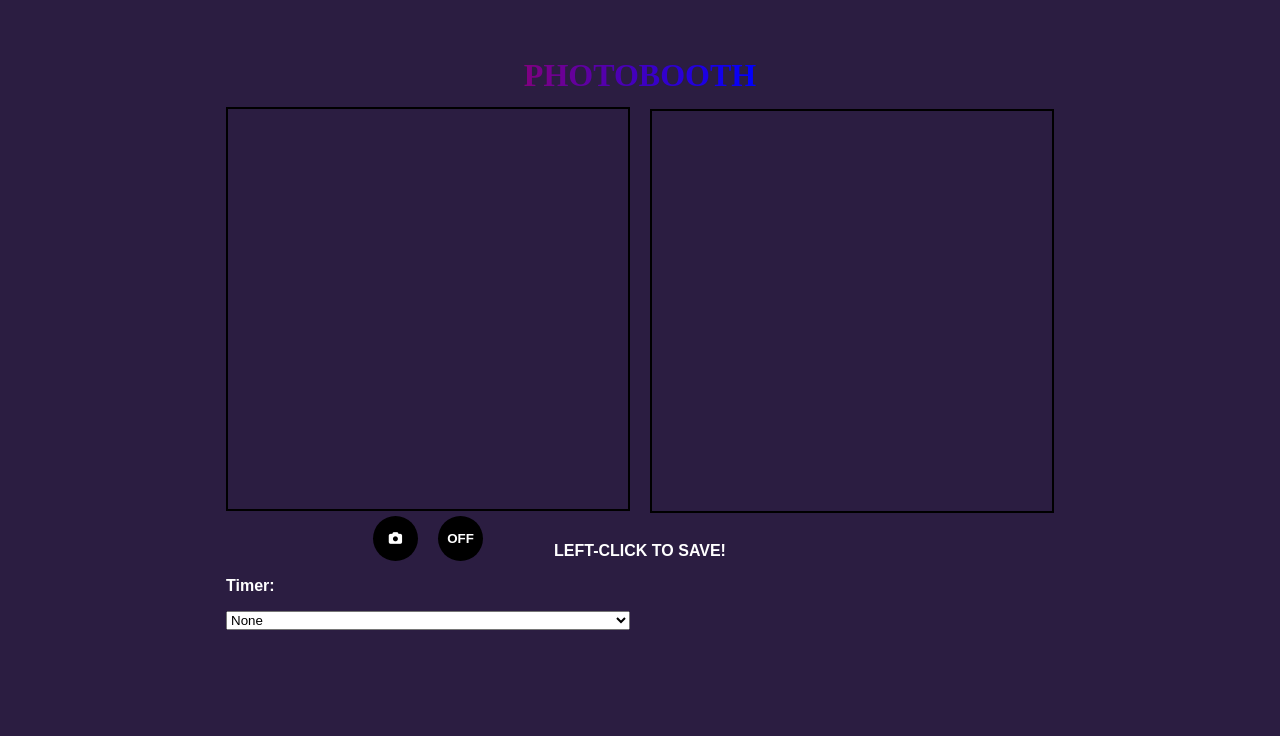
Repository: dmpelaez/photoBoothy
Page: Photobooth.html
These files come from the project's save history. The page is drawn as it stood at one moment and after the next save; the edit follows.
The browser window is 1280 px wide. The pictures show the whole page.
Some web libraries are served in a nearby version.

Above is the page before, as saved 2025-12-16 23:37:47.

After the next save:
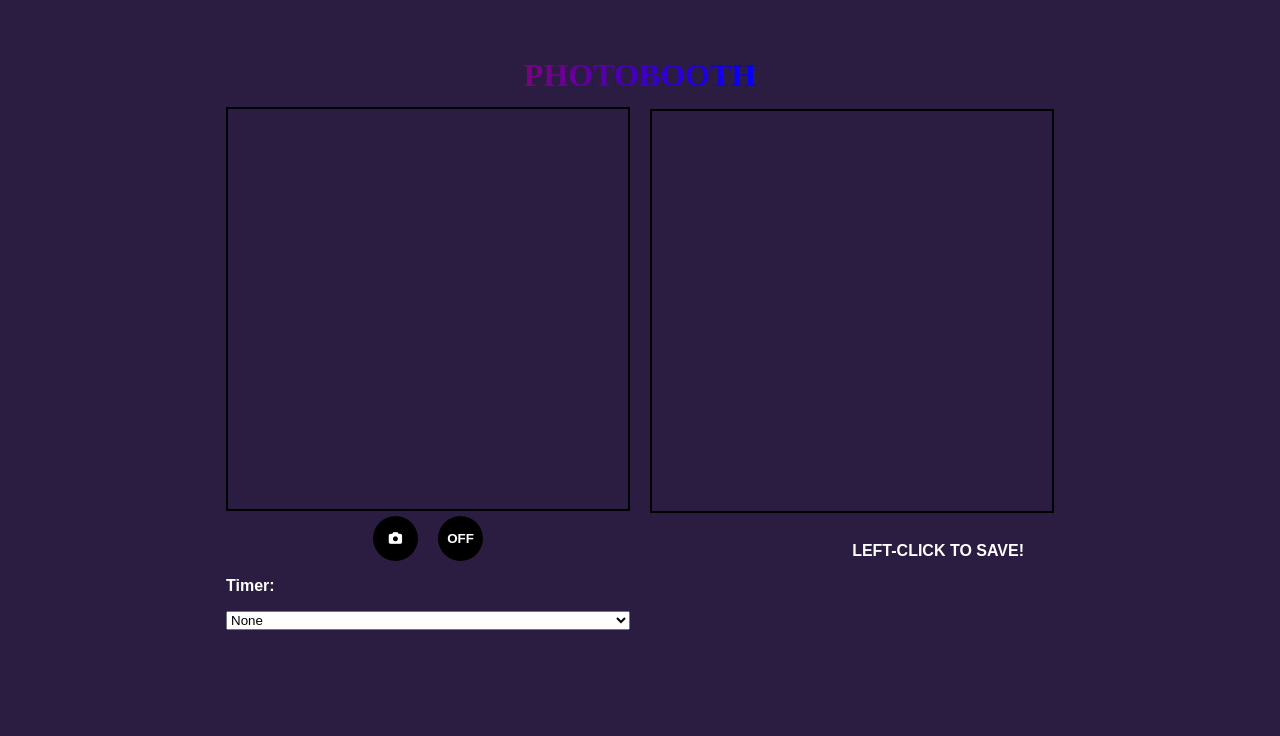
Saved 12 s later.
--- a/Photobooth.css
+++ b/Photobooth.css
@@ -95,4 +95,5 @@ display: none;
   white-space: no-wrap;
   position: absolute;
   bottom: 20%;
+  right: 20%;
 }
